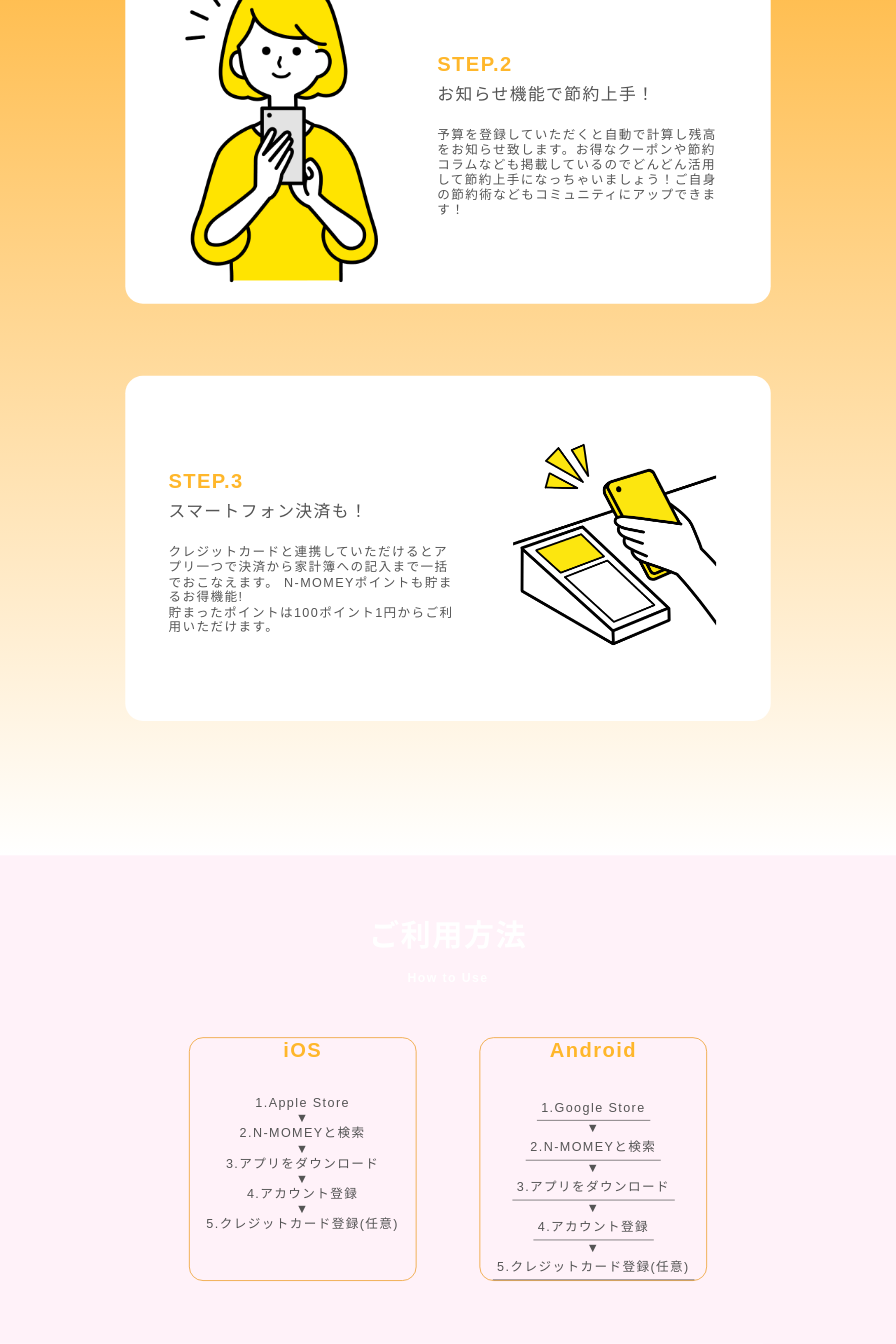
Repository: nozomi-23/lp2_test
Page: index.html
These files come from the project's save history. The page is drawn as it stood at one moment and after a run of saves; the edit follows.
The browser window is 1280 px wide. The pictures show the part of the page from y = 1957 to 3877 px (the page is 3877 px tall before and 3808 px after), at 70% of full size.
Some web fonts or font styles are not loaded; a fallback is used.

Above is the page before, as saved 2022-06-18 15:41:40.

After the next 2 saves:
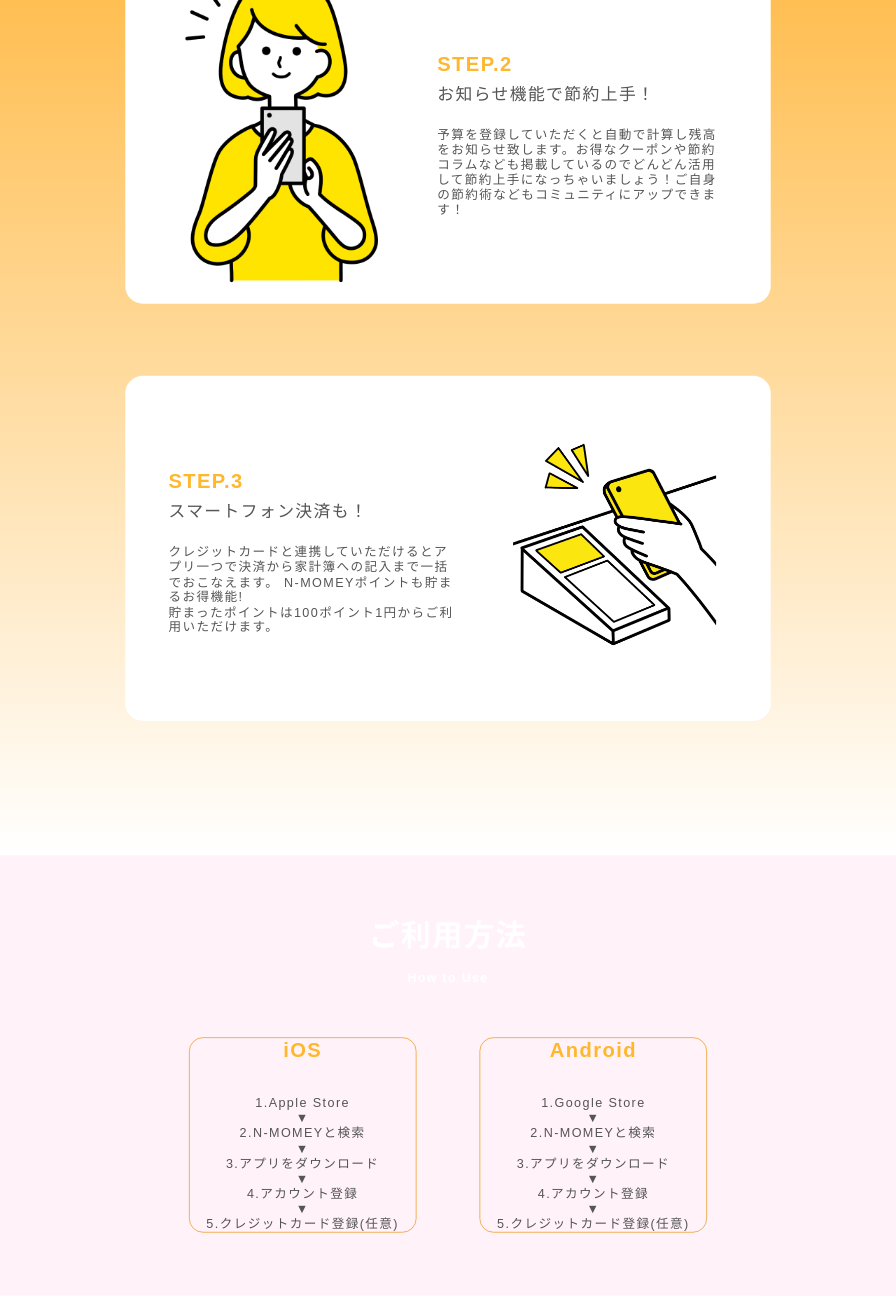
The 2 saves are shown as one change because they came seconds apart.
The last was saved 43 s later.
--- a/index.html
+++ b/index.html
@@ -153,7 +153,7 @@
       </div>
       <div class="how_wrapper_item">
         <h5>Android</h5>
-        <ul class="how_list">
+        <ul class="">
           <li>1.Google Store</li>
           <p>▼</p>
           <li>2.N-MOMEYと検索</li>

After the save that followed:
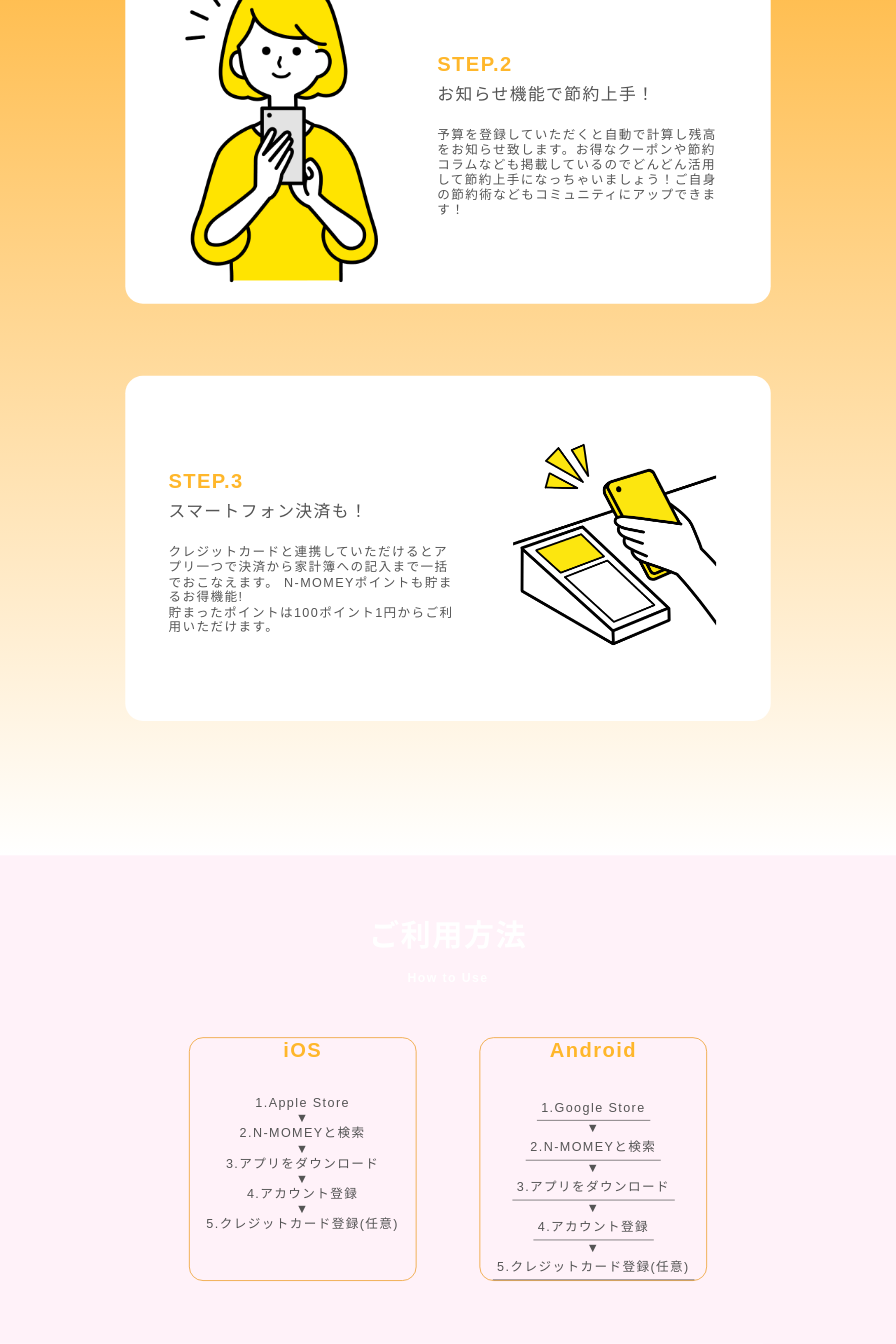
Saved 4 s later.
--- a/index.html
+++ b/index.html
@@ -153,7 +153,7 @@
       </div>
       <div class="how_wrapper_item">
         <h5>Android</h5>
-        <ul class="">
+        <ul class="how_list">
           <li>1.Google Store</li>
           <p>▼</p>
           <li>2.N-MOMEYと検索</li>
